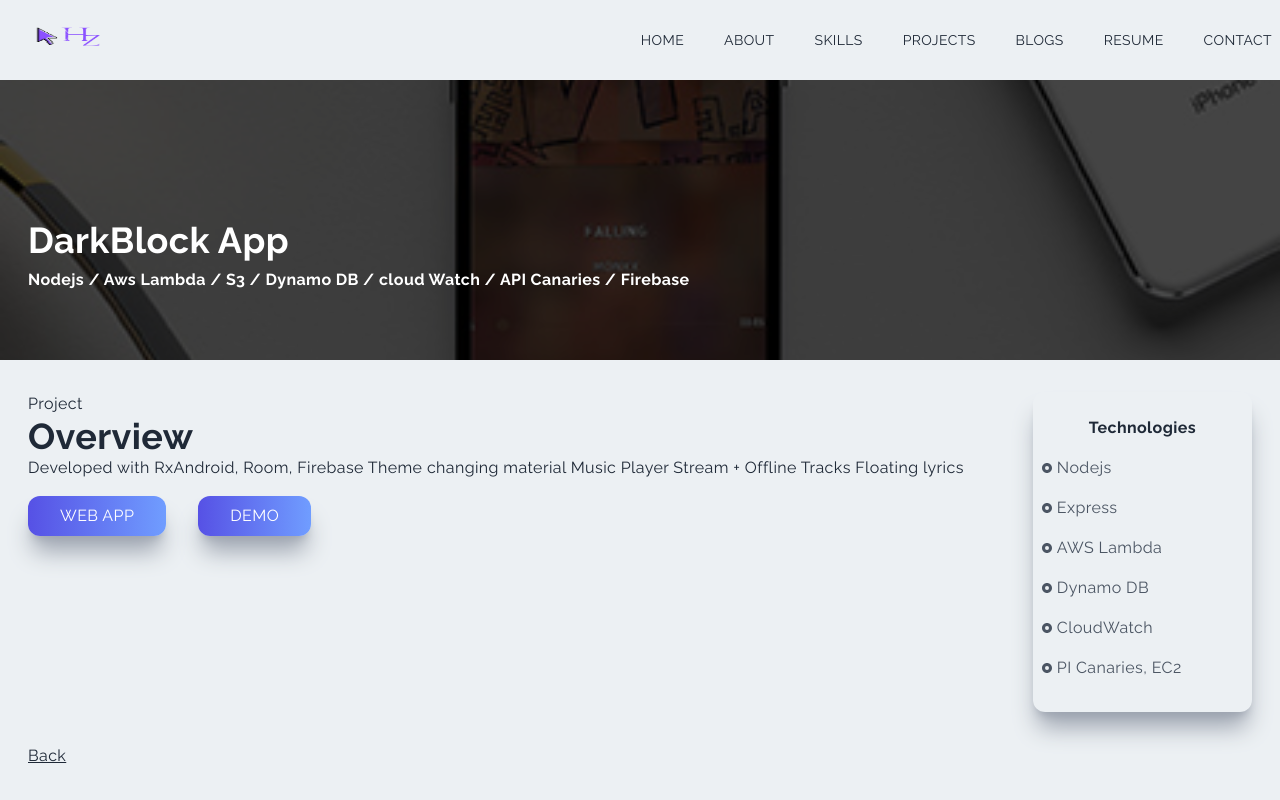
Repository: Hasnainzxc/testofolio
Page: /nfmusic
These files come from the project's save history. The page is drawn as it stood at one moment and after the next save; the edit follows.
The browser window is 1280 px wide. The pictures show the whole page.
The project was rebuilt for these pictures with package versions that can differ from the ones it lists, and the page was loaded fresh each time. The framework's server and built-in components were replaced by stand-ins that run in the browser. Also part of the build but not shown: next.config.js.

Above is the page before, as saved 2023-01-29 07:35:07.

After the next save:
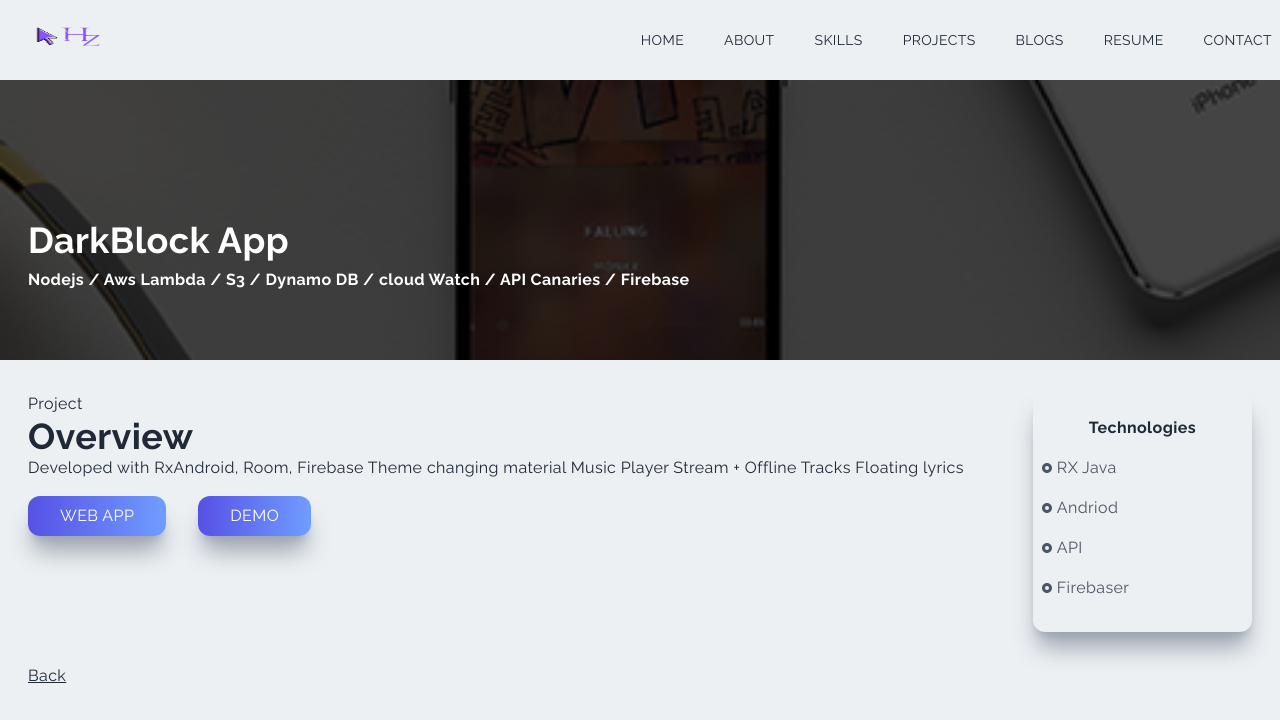
Saved 86 s later.
--- a/pages/nfmusic.jsx
+++ b/pages/nfmusic.jsx
@@ -56,23 +56,18 @@
             <p className='text-center font-bold pb-2'>Technologies</p>
             <div className='grid grid-cols-3 md:grid-cols-1'>
               <p className='text-gray-600 py-2 flex items-center'>
-                <RiRadioButtonFill className='pr-1' /> Nodejs
+                <RiRadioButtonFill className='pr-1' /> RX Java
               </p>
               <p className='text-gray-600 py-2 flex items-center'>
-                <RiRadioButtonFill className='pr-1' /> Express
+                <RiRadioButtonFill className='pr-1' /> Andriod
               </p>
               <p className='text-gray-600 py-2 flex items-center'>
-                <RiRadioButtonFill className='pr-1' /> AWS Lambda
+                <RiRadioButtonFill className='pr-1' /> API
               </p>
               <p className='text-gray-600 py-2 flex items-center'>
-                <RiRadioButtonFill className='pr-1' />  Dynamo DB
+                <RiRadioButtonFill className='pr-1' />  Firebaser
               </p>
-              <p className='text-gray-600 py-2 flex items-center'>
-                <RiRadioButtonFill className='pr-1' /> CloudWatch
-              </p>
-              <p className='text-gray-600 py-2 flex items-center'>
-                <RiRadioButtonFill className='pr-1' /> PI Canaries, EC2
-              </p>
+
             </div>
           </div>
         </div>
